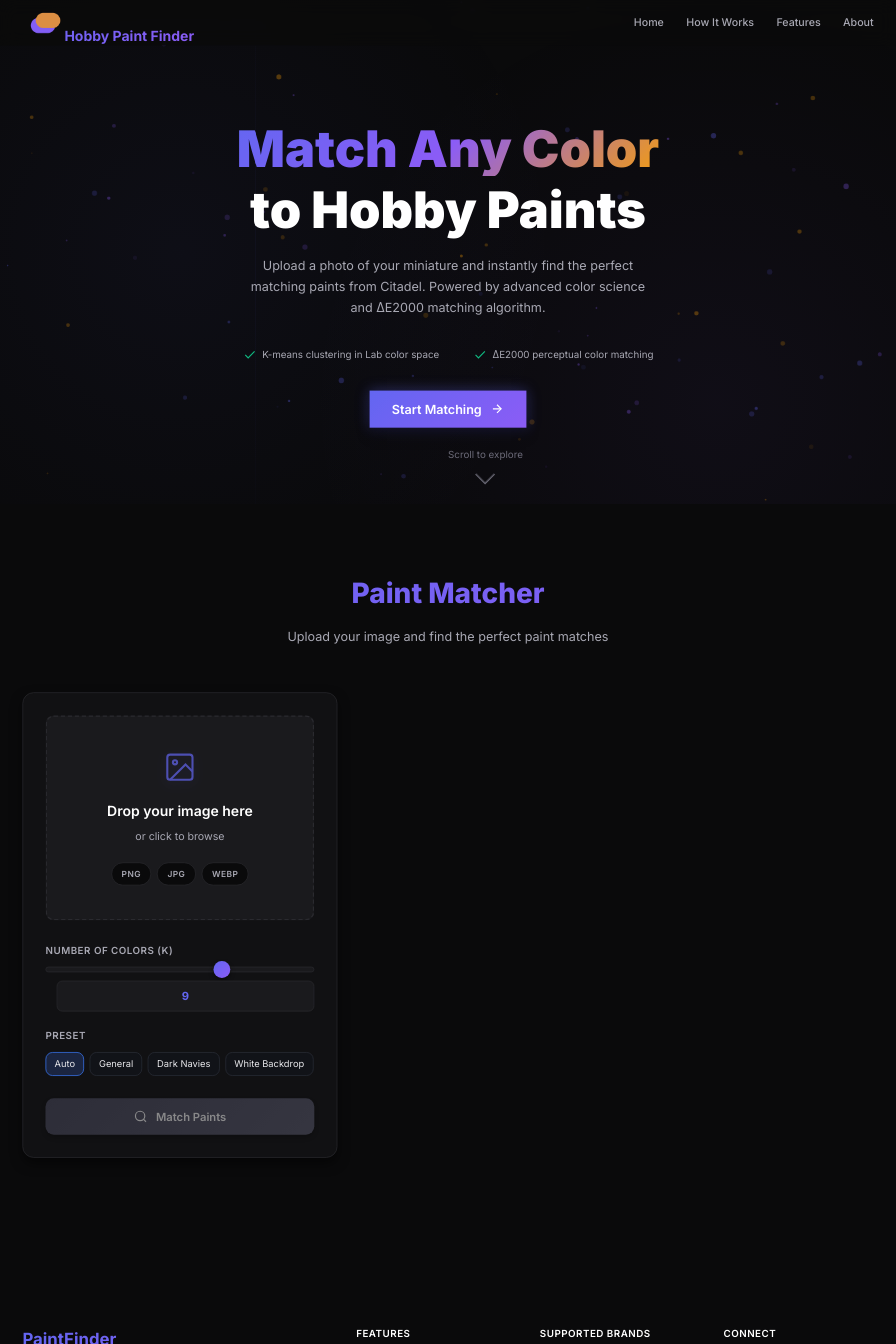
Repository: Aldentec/paint-finder-website
Page: /
The author's editor kept a copy of each file at every save. The page is drawn from the files as they stood at one save, then again after the next save.
The browser window is 1280 px wide. The pictures show the part of the page from y = 0 to 1920 px (the page is 2211 px tall before and 4819 px after), at 70% of full size.
The page's requests for data from a server got no answer. The project was rebuilt for these pictures with package versions that can differ from the ones it lists, and the page was loaded fresh each time. No one was signed in, and anything a server would have sent is missing. Also part of the build but not shown: src/components/PaletteDisplay/PaletteDisplay.css, src/components/PaletteDisplay/PaletteDisplay.js, src/components/MatchResults/MatchResults.css, src/components/MatchResults/MatchResults.js, src/components/ShoppingList/ShoppingList.css, src/components/ShoppingList/ShoppingList.js.

Above is the page before, as saved 2025-09-01 14:53:55.

After the next save:
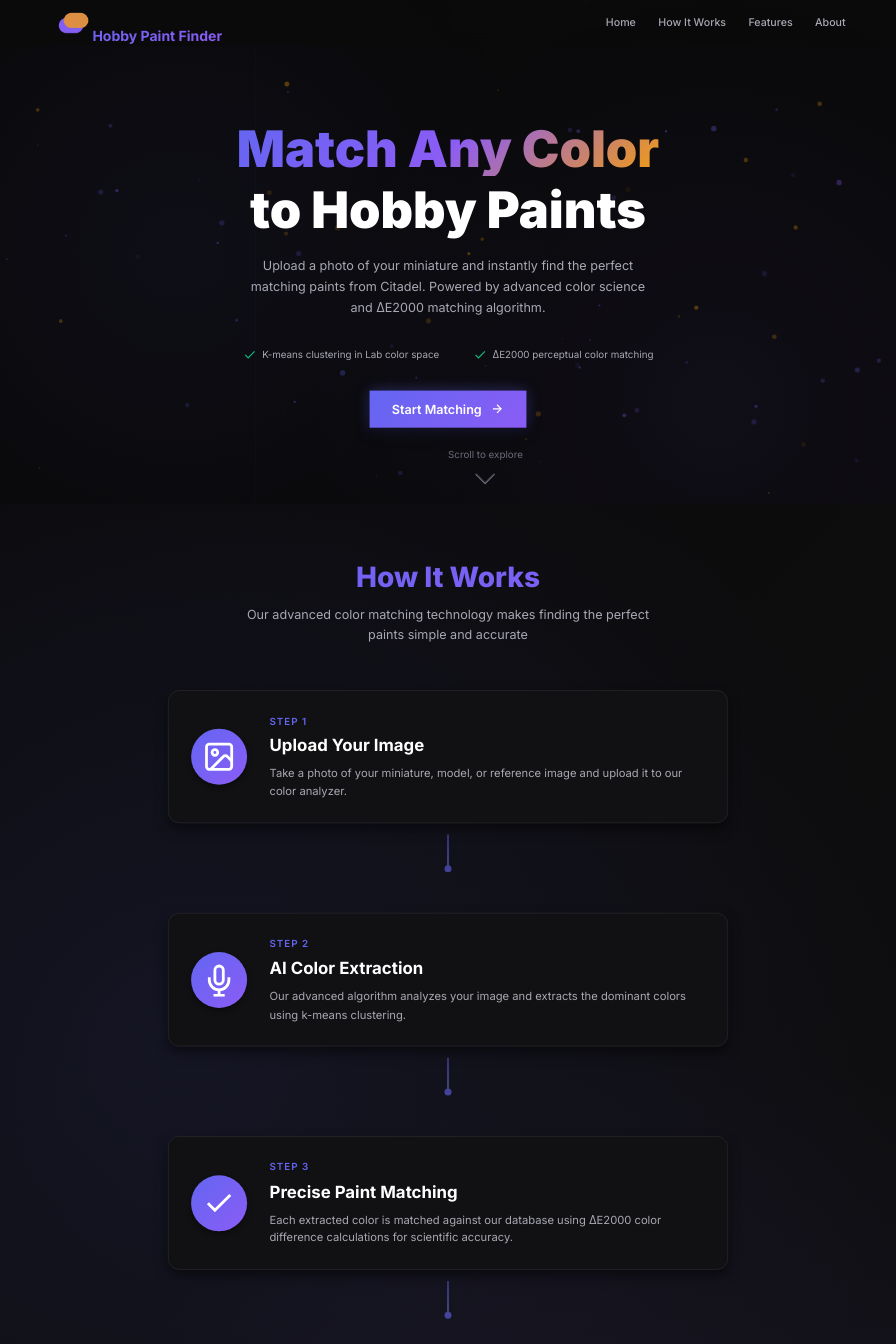
Saved 5 s later.
--- a/src/App.js
+++ b/src/App.js
@@ -3,6 +3,7 @@
 import './App.css';
 import Header from './components/Header/Header';
 import Hero from './components/Hero/Hero';
+import HowItWorks from './components/HowItWorks/HowItWorks';
 import PaintMatcher from './components/PaintMatcher/PaintMatcher';
 import Footer from './components/Footer/Footer';
 
@@ -11,6 +12,7 @@
     <div className="app">
       <Header />
       <Hero />
+      <HowItWorks />
       <PaintMatcher />
       <Footer />
     </div>
